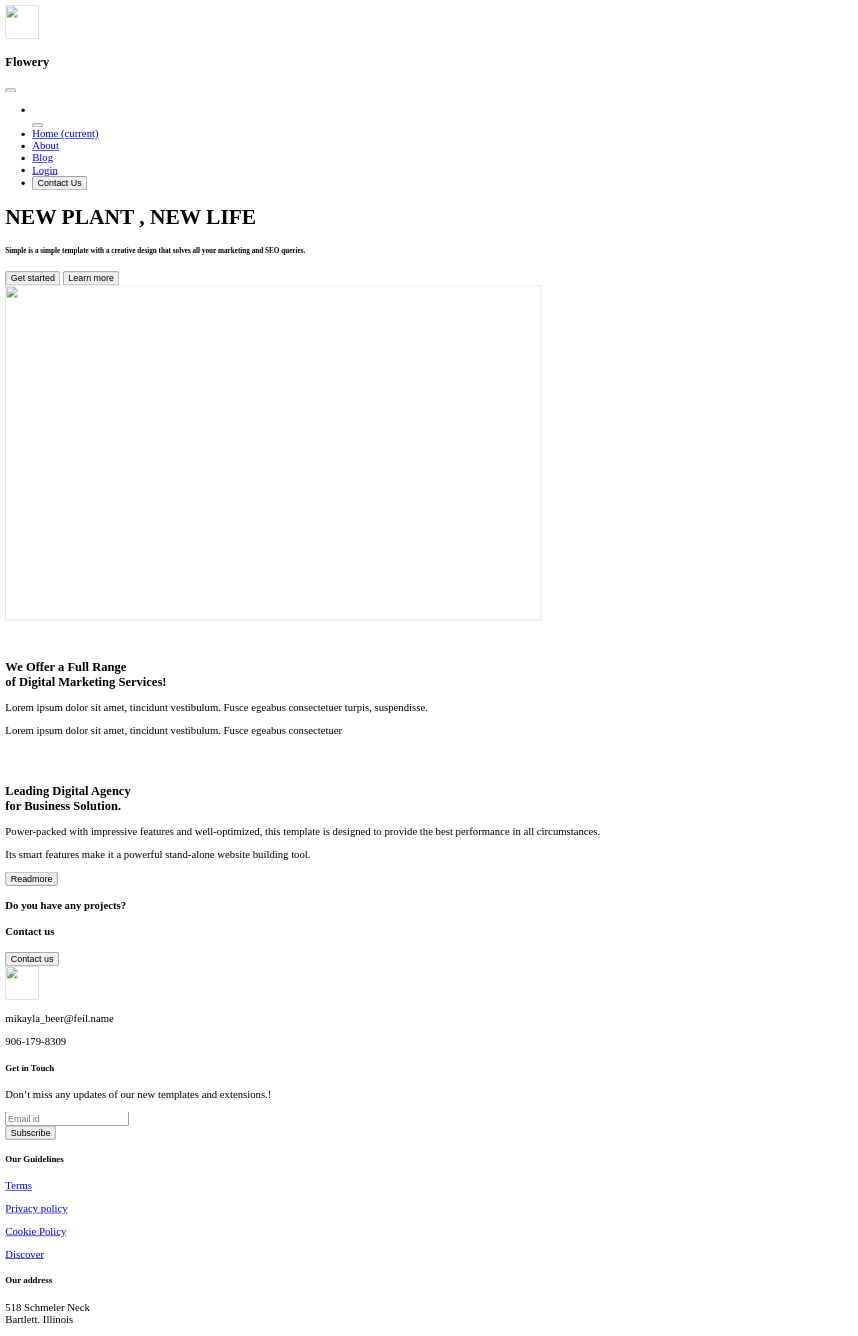
Repository: sara55m/Login
Page: http://localhost/welcome
These files come from the project's save history. The page is drawn as it stood at one moment and after the next save; the edit follows.
The browser window is 1280 px wide. The pictures show the whole page, at 67% of full size.
The page is served by the project's Laravel application, run on PHP 8.4 with Laravel 10. Other server files are loaded and not shown.

Above is the page before, as saved 2024-03-03 23:25:48.

### routes/web.php
<?php

use Illuminate\Support\Facades\Route;
use App\Http\Controllers\RegisterController;
use App\Http\Controllers\LoginController;

/*
|--------------------------------------------------------------------------
| Web Routes
|--------------------------------------------------------------------------
|
| Here is where you can register web routes for your application. These
| routes are loaded by the RouteServiceProvider and all of them will
| be assigned to the "web" middleware group. Make something great!
|
*/

Route::get('/welcome', function () {
    return view('welcome');
});


Route::get('/register', [RegisterController::class,'create']);


Route::post('/register/store', [RegisterController::class,'store']);

Route::get('/login', [LoginController::class,'create']);

Route::post('/login/store', [LoginController::class,'store']);

### resources/views/welcome.blade.php
<!DOCTYPE html>
<html lang="en">
<head>
  <title>Simple landing page</title>
  <meta charset="UTF-8">
  <meta name="viewport" content="width=device-width, initial-scale=1.0">
  <meta http-equiv="X-UA-Compatible" content="ie=edge">
  {{-- <link rel="stylesheet" href="vendors/owl-carousel/css/owl.carousel.min.css">
  <link rel="stylesheet" href="vendors/owl-carousel/css/owl.theme.default.css">
  <link rel="stylesheet" href="vendors/mdi/css/materialdesignicons.min.css">
  <link rel="stylesheet" href="vendors/aos/css/aos.css"> --}}
  <link rel="stylesheet" href="css/style.min.css">
</head>
<body id="body" data-spy="scroll" data-target=".navbar" data-offset="100">
  <!---------------------------------------------------Header Section------------------------------------------------->
  <header id="header-section">
    <nav class="navbar navbar-expand-lg pl-3 pl-sm-0" id="navbar">
    <div class="container">
      <div class="navbar-brand-wrapper d-flex w-100">
        <img src="images/plant2.png" height="50" width="50"  alt="">
        <h3 class="nav-link">Flowery</h3>
        <button class="navbar-toggler ml-auto" type="button" data-toggle="collapse" data-target="#navbarSupportedContent" aria-controls="navbarSupportedContent" aria-expanded="false" aria-label="Toggle navigation">
          <span class="mdi mdi-menu navbar-toggler-icon"></span>
        </button>
      </div>
      <div class="collapse navbar-collapse navbar-menu-wrapper" id="navbarSupportedContent">
        <ul class="navbar-nav align-items-lg-center align-items-start ml-auto">
          <li class="d-flex align-items-center justify-content-between pl-4 pl-lg-0">
            <div class="navbar-collapse-logo">
              <img src="images/Group2.svg" alt="">
            </div>
            <button class="navbar-toggler close-button" type="button" data-toggle="collapse" data-target="#navbarSupportedContent" aria-controls="navbarSupportedContent" aria-expanded="false" aria-label="Toggle navigation">
              <span class="mdi mdi-close navbar-toggler-icon pl-5"></span>
            </button>
          </li>
          <li class="nav-item">
            <a class="nav-link" href="#header-section">Home <span class="sr-only">(current)</span></a>
          </li>
          <li class="nav-item">
            <a class="nav-link" href="#features-section">About</a>
          </li>
          <li class="nav-item">
            <a class="nav-link" href="#digital-marketing-section">Blog</a>
          </li>
          <li class="nav-item">
            <a class="nav-link" href="/login">Login</a>
          </li>
          <li class="nav-item btn-contact-us pl-4 pl-lg-0">
            <button class="btn btn-info" data-toggle="modal" data-target="#exampleModal">Contact Us</button>
          </li>
        </ul>
      </div>
    </div>
    </nav>
  </header>

  <!---------------------------------------------------End Of Header Section------------------------------------------------->

  <!---------------------------------------------------Content Section------------------------------------------------->

  <div class="banner" >
    <div class="container">
      <h1 class="font-weight-semibold">NEW PLANT , NEW LIFE</h1>
      <h6 class="font-weight-normal text-muted pb-3">Simple is a simple template with a creative design that solves all your marketing and SEO queries.</h6>
      <div>
        <button class="btn btn-opacity-light mr-1">Get started</button>
        <button class="btn btn-opacity-success ml-1">Learn more</button>
      </div>
      <div class="banner">
      <img src="images/background.jpg" alt="" height="500" width="800">
      </div>
    </div>
  </div>
  <br/>
  <br/>
  <div class="content-wrapper">
    <div class="container">
  <section class="digital-marketing-service" id="digital-marketing-section">
    <div class="row align-items-center">
      <div class="col-12 col-lg-7 grid-margin grid-margin-lg-0" data-aos="fade-right">
        <h3 class="m-0">We Offer a Full Range<br>of Digital Marketing Services!</h3>
        <div class="col-lg-7 col-xl-6 p-0">
          <p class="py-4 m-0 text-muted">Lorem ipsum dolor sit amet, tincidunt vestibulum. Fusce egeabus consectetuer turpis, suspendisse.</p>
          <p class="font-weight-medium text-muted">Lorem ipsum dolor sit amet, tincidunt vestibulum. Fusce egeabus consectetuer</p>
        </div>
      </div>
      <div class="col-12 col-lg-5 p-0 img-digital grid-margin grid-margin-lg-0" data-aos="fade-left">
        <img src="images/Group1.png" alt="" class="img-fluid">
      </div>
    </div>
    <div class="row align-items-center">
      <div class="col-12 col-lg-7 text-center flex-item grid-margin" data-aos="fade-right">
        <img src="images/Group2.png" alt="" class="img-fluid">
      </div>
      <div class="col-12 col-lg-5 flex-item grid-margin" data-aos="fade-left">
        <h3 class="m-0">Leading Digital Agency<br>for  Business Solution.</h3>
        <div class="col-lg-9 col-xl-8 p-0">
          <p class="py-4 m-0 text-muted">Power-packed with impressive features and well-optimized, this template is designed to provide the best performance in all circumstances.</p>
          <p class="pb-2 font-weight-medium text-muted">Its smart features make it a powerful stand-alone website building tool.</p>
        </div>
        <button class="btn btn-info">Readmore</button>
      </div>
    </div>
  </section>
  <!---------------------------------------------------End Of Content Section------------------------------------------------->

  <!---------------------------------------------------Footer Section------------------------------------------------->
  <footer>

  <section class="contact-us" id="contact-section">
    <div class="contact-us-bgimage grid-margin" >
      <div class="pb-4">
        <h4 class="px-3 px-md-0 m-0" data-aos="fade-down">Do you have any projects?</h4>
        <h4 class="pt-1" data-aos="fade-down">Contact us</h4>
      </div>
      <div data-aos="fade-up">
        <button class="btn btn-rounded btn-outline-danger">Contact us</button>
      </div>
    </div>
  </section>

  <section class="contact-details" id="contact-details-section">
    <div class="row text-center text-md-left">
      <div class="col-12 col-md-6 col-lg-3 grid-margin ">
        <img src="images/plant2.png" height="50" width="50" alt="" class="pb-2">


        <div class="pt-2">

          <p class="text-muted m-0">mikayla_beer@feil.name</p>
          <p class="text-muted m-0">906-179-8309</p>
        </div>
      </div>
      <div class="col-12 col-md-6 col-lg-3 grid-margin">
        <h5 class="pb-2">Get in Touch</h5>
        <p class="text-muted">Don’t miss any updates of our new templates and extensions.!</p>
        <form>
          <input type="text" class="form-control" id="Email" placeholder="Email id">
        </form>
        <div class="pt-3">
          <button class="btn btn-dark">Subscribe</button>
        </div>
      </div>
      <div class="col-12 col-md-6 col-lg-3 grid-margin">
        <h5 class="pb-2">Our Guidelines</h5>
        <a href="#"><p class="m-0 pb-2">Terms</p></a>
        <a href="#" ><p class="m-0 pt-1 pb-2">Privacy policy</p></a>
        <a href="#"><p class="m-0 pt-1 pb-2">Cookie Policy</p></a>
        <a href="#"><p class="m-0 pt-1">Discover</p></a>
      </div>
      <div class="col-12 col-md-6 col-lg-3 grid-margin">
          <h5 class="pb-2">Our address</h5>
          <p class="text-muted">518 Schmeler Neck<br>Bartlett. Illinois</p>
          <div class="d-flex justify-content-center justify-content-md-start">
            <a href="#"><span class="mdi mdi-facebook"></span></a>
            <a href="#"><span class="mdi mdi-twitter"></span></a>
            <a href="#"><span class="mdi mdi-instagram"></span></a>
            <a href="#"><span class="mdi mdi-linkedin"></span></a>
          </div>
      </div>
    </div>
  </section>
    </div>
  </div>
  </footer>

  <!---------------------------------------------------End Of Footer Section------------------------------------------------->



  {{-- <script src="vendors/jquery/jquery.min.js"></script>
  <script src="vendors/bootstrap/bootstrap.min.js"></script>
  <script src="vendors/owl-carousel/js/owl.carousel.min.js"></script>
  <script src="vendors/aos/js/aos.js"></script> --}}
  <script src="js/landingpage.js"></script>
</body>
</html>

After the next save:
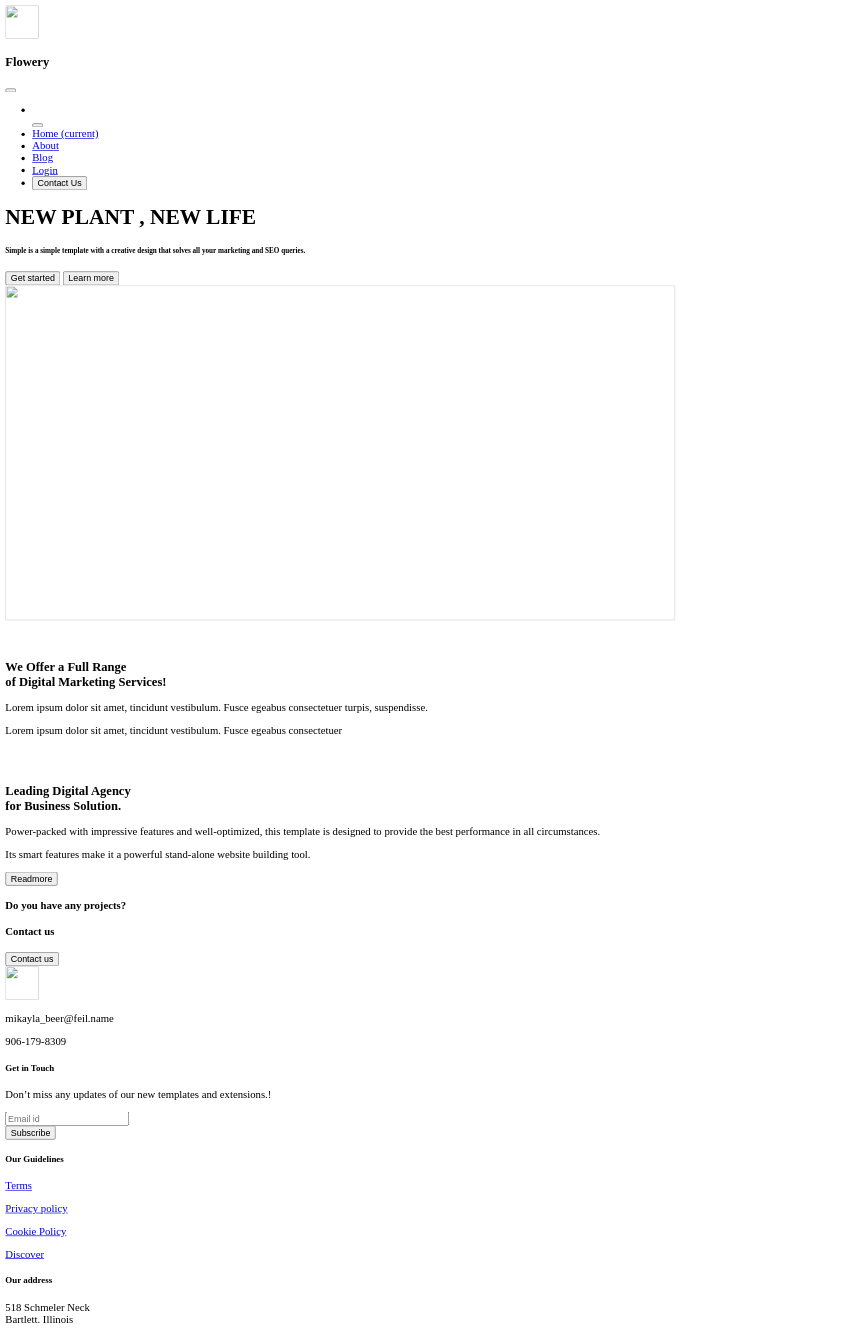
Saved 15 s later.
--- a/resources/views/welcome.blade.php
+++ b/resources/views/welcome.blade.php
@@ -67,7 +67,7 @@
         <button class="btn btn-opacity-success ml-1">Learn more</button>
       </div>
       <div class="banner">
-      <img src="images/background.jpg" alt="" height="500" width="800">
+      <img src="images/background.jpg" alt="" height="500" width="1000">
       </div>
     </div>
   </div>
